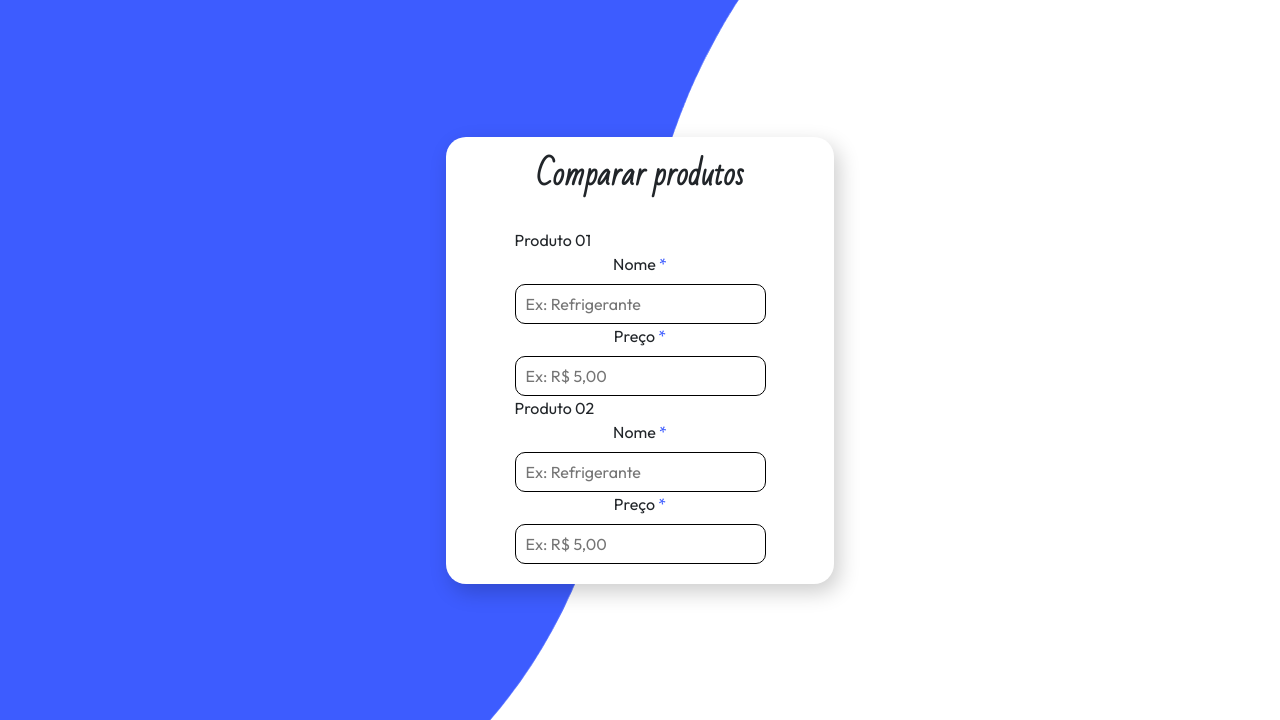
Repository: GabrielMA0/CheckMart
Page: /compare-product
These files come from the project's save history. The page is drawn as it stood at one moment and after a run of saves; the edit follows.
The browser window is 1280 px wide. The pictures show the whole page.
The project was rebuilt for these pictures with package versions that can differ from the ones it lists, and the page was loaded fresh each time. Also part of the build but not shown: vite.config.js, src/components/Button.vue, src/stores/cart.js, src/stores/modal.js, src/components/Header.vue, src/components/Cart.vue, src/components/Modal.vue.

Above is the page before, as saved 2025-08-06 19:18:28.

After the next 2 saves:
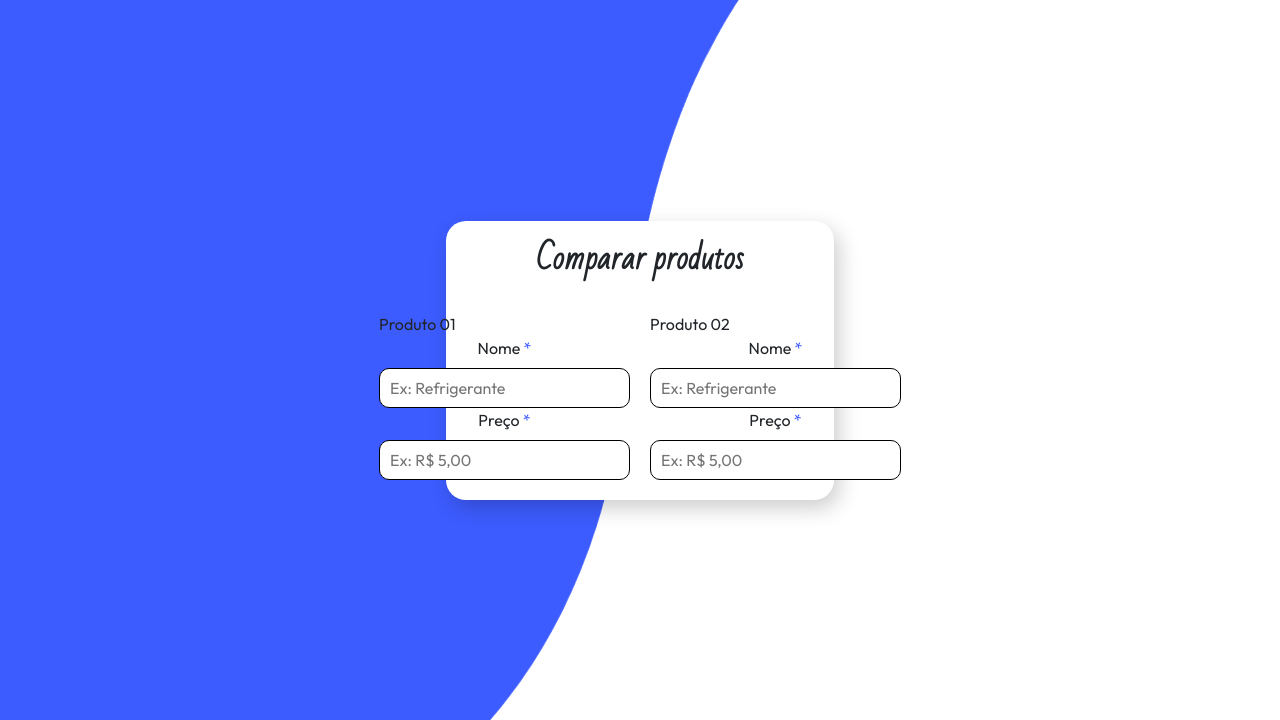
The 2 saves are shown as one change because they came seconds apart.
The last was saved 13 s later.
--- a/src/views/CompareProduct.vue
+++ b/src/views/CompareProduct.vue
@@ -61,4 +61,8 @@ import Input from '../components/Input.vue'
 </template>
 
 <style lang="scss">
+.container-fields{
+    display: flex;
+    gap: 20px;
+}
 </style>
